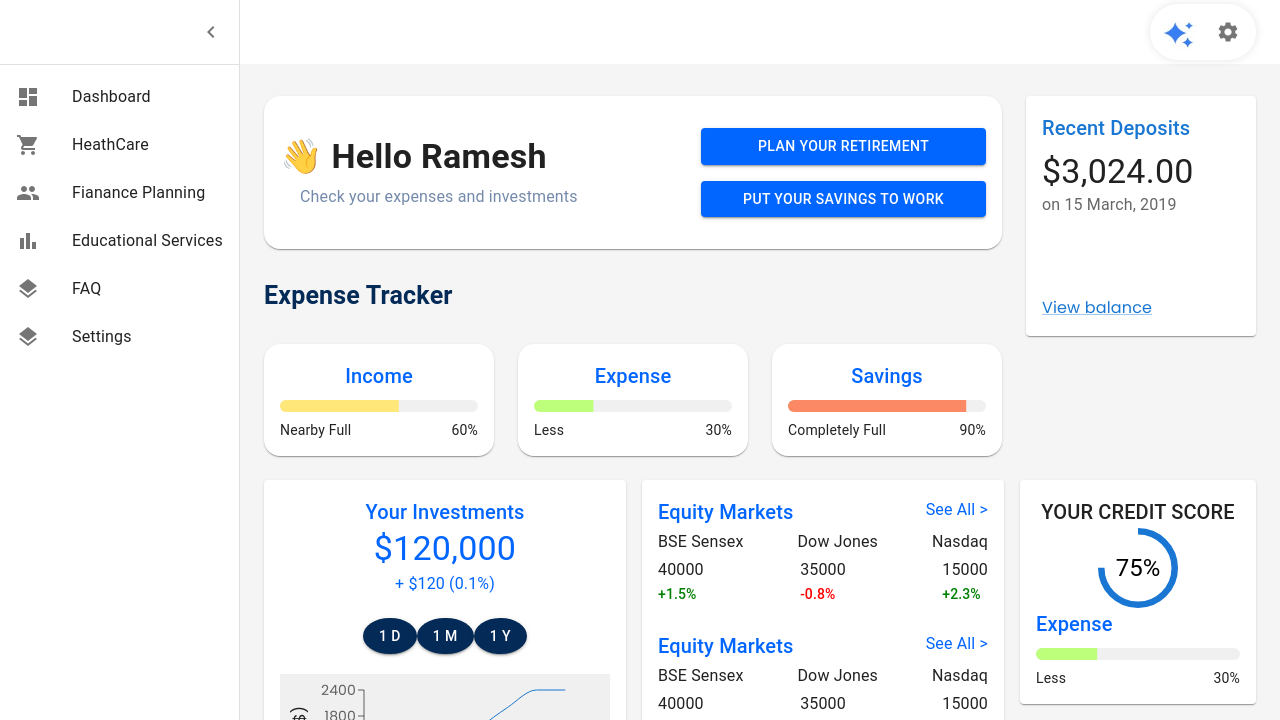
Repository: shubhampirate/TIAA_Retirement_hackathon
Page: /
These files come from the project's save history. The page is drawn as it stood at one moment and after the next save; the edit follows.
The browser window is 1280 px wide. The pictures show the whole page.
An inner scrolling area shows only its first screen. The project was rebuilt for these pictures with package versions that can differ from the ones it lists, and the page was loaded fresh each time. Also part of the build but not shown: src/Components/CustomButton.jsx, src/Components/Navbar.jsx, src/Components/Properties.jsx, src/Components/Footer.jsx, src/Components/Hero.jsx, src/pages/Sign_In.jsx.

Above is the page before, as saved 2023-11-15 12:48:26.

### src/index.css
@import url("https://fonts.googleapis.com/css2?family=Poppins:wght@400;500;700&display=swap");

* {
  margin: 0;
  padding: 0;
  box-sizing: border-box;
  font-family: "Poppins", sans-serif;
}

body {
  margin: 0;
  -webkit-font-smoothing: antialiased;
  -moz-osx-font-smoothing: grayscale;
}

code {
  font-family: source-code-pro, Menlo, Monaco, Consolas, "Courier New",
    monospace;
}

### src/App.jsx
import Hero from "./Components/Hero";
import SignIn from "./pages/Sign_In";
import Dashboard from "./Components/Dashboard";

function App() {
  return (
    <>
      {/* <Hero /> */}
      {/* <SignIn/> */}
      <Dashboard />
    </>
  );
}

export default App;

### src/Components/Dashboard.jsx
import * as React from 'react';
import { styled, createTheme, ThemeProvider } from '@mui/material/styles';
import CssBaseline from '@mui/material/CssBaseline';
import MuiDrawer from '@mui/material/Drawer';
import Box from '@mui/material/Box';
import MuiAppBar from '@mui/material/AppBar';
import Toolbar from '@mui/material/Toolbar';
import List from '@mui/material/List';
import Typography from '@mui/material/Typography';
import Divider from '@mui/material/Divider';
import IconButton from '@mui/material/IconButton';
// import Badge from '@mui/material/Badge';
import Container from '@mui/material/Container';
import Grid from '@mui/material/Grid';
import Paper from '@mui/material/Paper';
// import Link from '@mui/material/Link';
import MenuIcon from '@mui/icons-material/Menu';
import ChevronLeftIcon from '@mui/icons-material/ChevronLeft';
// import NotificationsIcon from '@mui/icons-material/Notifications';
import SettingsIcon from '@mui/icons-material/Settings';
import { mainListItems } from './listItems';
// import Chart from './Chart';
import Deposits from './Deposits';

import heroImg_3 from "../media/img_3.jpeg";
import Button from '@mui/material/Button';
import LinearProgress from '@mui/material/LinearProgress';
import YourComponent from './YourComponent';

  const Title = styled(Typography)(({ theme }) => ({
    fontSize: "25px",
    color: "#042A57",
    fontWeight: "bold",
    textAlign: "left",
    margin: theme.spacing(4, 0, 4, 0),
    [theme.breakpoints.down("sm")]: {
      fontSize: "30px",
    },
  }));
const drawerWidth = 240;

const AppBar = styled(MuiAppBar, {
  shouldForwardProp: (prop) => prop !== 'open',
})(({ theme, open }) => ({
  zIndex: theme.zIndex.drawer + 1,
  transition: theme.transitions.create(['width', 'margin'], {
    easing: theme.transitions.easing.sharp,
    duration: theme.transitions.duration.leavingScreen,
  }),
  ...(open && {
    marginLeft: drawerWidth,
    width: `calc(100% - ${drawerWidth}px)`,
    transition: theme.transitions.create(['width', 'margin'], {
      easing: theme.transitions.easing.sharp,
      duration: theme.transitions.duration.enteringScreen,
    }),
  }),
}));


const ProgressBarBox = ({ title, value }) => {
    let indicatorText = '';
    let color = '';

    if (value <= 30) {
      indicatorText = 'Less';
      color = '#BDFF7B';
    } else if (value <= 70) {
      indicatorText = 'Nearby Full';
      color = '#FFE779';
    } else {
      indicatorText = 'Completely Full';
      color = '#FC8965';
    }

    return (
      <Grid item xs={12} sm={6} md={4}>
        <Paper
          sx={{
            p: 2,
            display: 'flex',
            flexDirection: 'column',
            alignItems: 'center',
            borderRadius: '16px',
          }}
        >
          <Typography variant="h6" sx={{ mb: 1, color: "#0066FF" }}>
            {title}
          </Typography>
          <LinearProgress
          variant="determinate"
          value={value}
          sx={{
            width: '100%',
            height: '12px',
            borderRadius: '8px',
            backgroundColor: '#f0f0f0',
            marginBottom: '8px',
            '& .MuiLinearProgress-bar': {
              backgroundColor: color,
            },
          }}
        />

          <Box
          sx={{
            display: 'flex',
            justifyContent: 'space-between',
            width: '100%',

          }}
        >
          <Typography variant="body2">{indicatorText}</Typography>
          <Typography variant="body2">{value}%</Typography>
        </Box>
        </Paper>
      </Grid>
    );
  };
const Drawer = styled(MuiDrawer, { shouldForwardProp: (prop) => prop !== 'open' })(
  ({ theme, open }) => ({
    '& .MuiDrawer-paper': {
      position: 'relative',
      whiteSpace: 'nowrap',
      width: drawerWidth,
      transition: theme.transitions.create('width', {
        easing: theme.transitions.easing.sharp,
        duration: theme.transitions.duration.enteringScreen,
      }),
      boxSizing: 'border-box',
      ...(!open && {
        overflowX: 'hidden',
        transition: theme.transitions.create('width', {
          easing: theme.transitions.easing.sharp,
          duration: theme.transitions.duration.leavingScreen,
        }),
        width: theme.spacing(7),
        [theme.breakpoints.up('sm')]: {
          width: theme.spacing(9),
        },
      }),
    },
  }),
);

// TODO remove, this demo shouldn't need to reset the theme.
const defaultTheme = createTheme();

export default function Dashboard() {
  const [open, setOpen] = React.useState(true);
  const toggleDrawer = () => {
    setOpen(!open);
  };

  return (
    <ThemeProvider theme={defaultTheme}>
      <Box sx={{ display: 'flex' }}>
        <CssBaseline />
        <AppBar position="absolute" open={open} sx={{ backgroundColor: "#fff", boxShadow: 'none' }}>
  <Toolbar
    sx={{
      pr: '24px', // keep right padding when drawer closed
      display: 'flex',
      alignItems: 'center',
      justifyContent: 'space-between',
    }}
  >
    <Box sx={{ display: 'flex', alignItems: 'center' }}>
      <IconButton
        edge="start"
        aria-label="open drawer"
        onClick={toggleDrawer}
        sx={{
          marginRight: '36px',
          ...(open && { display: 'none' }),
        }}
      >
        <MenuIcon />
      </IconButton>

    </Box>

    <Box sx={{ display: 'flex', alignItems: 'center', boxShadow: '0px 0px 10px rgba(0, 0, 0, 0.1)', borderRadius: '40px', padding: '8px' }}>
  {/* User profile image */}
  <img
    src={heroImg_3}
    alt="User Profile"
    style={{ borderRadius: '50%', width: '40px', height: '40px', marginRight: '10px' }}
  />

  {/* Settings button */}
  <IconButton >

    <SettingsIcon />
  </IconButton>
</Box>
  </Toolbar>
</AppBar>

        <Drawer variant="permanent" open={open}>
          <Toolbar
            sx={{
              display: 'flex',
              alignItems: 'center',
              justifyContent: 'flex-end',
              px: [1],
            }}
          >
            <IconButton onClick={toggleDrawer}>
              <ChevronLeftIcon />
            </IconButton>
          </Toolbar>
          <Divider />
          <List component="nav">
            {mainListItems}
            {/* <Divider sx={{ my: 1 }} /> */}
            {/* {secondaryListItems} */}
          </List>
        </Drawer>
        <Box
          component="main"
          sx={{
            backgroundColor: (theme) =>
              theme.palette.mode === 'light'
                ? theme.palette.grey[100]
                : theme.palette.grey[900],
            flexGrow: 1,
            height: '100vh',
            overflow: 'auto',
          }}
        >
          <Toolbar />
          <Container maxWidth="lg" sx={{ mt: 4, mb: 4 }}>
            <Grid container spacing={3}>

            <Grid item xs={12} md={8} lg={9}>
  <Paper
    sx={{
      p: 2,
      display: 'flex',
      flexDirection: 'column',
      alignItems: 'center',
      borderRadius: '16px', // Adjust the value as needed for more or less curvature
    }}
  >
    {/* Left side content */}
    <Grid container spacing={2} alignItems="center">
      <Grid item xs={12} md={7 }>
        <Typography variant="h4" sx={{ mb: 1, fontWeight: 'bold'}}>
        👋  Hello Ramesh
        </Typography>
        <Typography variant="body1" sx={{color:"#748AAB", paddingLeft:"20px"}}>
          Check your expenses and investments
        </Typography>
      </Grid>

      {/* Right side content */}
      <Grid item xs={12} md={5} sx={{ display: 'flex', flexDirection: 'column', alignItems: 'center' }}>
        <Button variant="contained"  sx={{ width: '100%', backgroundColor: '#0066FF', color: '#fff', mb: { xs: 1, md: 2 } ,mt:{xs:0, md:2}  }}>
        Plan your retirement
        </Button>
        <Button variant="contained"  sx={{ width: '100%', backgroundColor: '#0066FF', color: '#fff', mb:{xs:1, md:2} }}>
        Put your savings to work
        </Button>
      </Grid>
    </Grid>
  </Paper>
  <Title variant="h4" sx={{color: "#042A57"}}>
             Expense Tracker
            </Title>
            <Grid container spacing={3}>
      <ProgressBarBox title="Income" value={60} />
      <ProgressBarBox title="Expense" value={30} />
      <ProgressBarBox title="Savings" value={90} />
    </Grid>
</Grid>


               {/* Recent Deposits */}
              <Grid item xs={12} md={4} lg={3}>
                <Paper
                  sx={{
                    p: 2,
                    display: 'flex',
                    flexDirection: 'column',
                    height: 240,
                  }}
                >
                  <Deposits />
                </Paper>
              </Grid>
              {/* Recent Orders */}
              <Grid item xs={12}>
                {/* <Paper sx={{ p: 2, display: 'flex', flexDirection: 'column' }}> */}
                  <YourComponent />
                {/* </Paper> */}
              </Grid>
            </Grid>

          </Container>
        </Box>
      </Box>
    </ThemeProvider>
  );
}

### src/Components/listItems.jsx
import * as React from 'react';
import ListItemButton from '@mui/material/ListItemButton';
import ListItemIcon from '@mui/material/ListItemIcon';
import ListItemText from '@mui/material/ListItemText';
import ListSubheader from '@mui/material/ListSubheader';
import DashboardIcon from '@mui/icons-material/Dashboard';
import ShoppingCartIcon from '@mui/icons-material/ShoppingCart';
import PeopleIcon from '@mui/icons-material/People';
import BarChartIcon from '@mui/icons-material/BarChart';
import LayersIcon from '@mui/icons-material/Layers';
import AssignmentIcon from '@mui/icons-material/Assignment';

export const mainListItems = (
  <React.Fragment>
    <ListItemButton>
      <ListItemIcon>
        <DashboardIcon />
      </ListItemIcon>
      <ListItemText primary="Dashboard" />
    </ListItemButton>
    <ListItemButton>
      <ListItemIcon>
        <ShoppingCartIcon />
      </ListItemIcon>
      <ListItemText primary="HeathCare" />
    </ListItemButton>
    <ListItemButton>
      <ListItemIcon>
        <PeopleIcon />
      </ListItemIcon>
      <ListItemText primary="Fianance Planning" />
    </ListItemButton>
    <ListItemButton>
      <ListItemIcon>
        <BarChartIcon />
      </ListItemIcon>
      <ListItemText primary="Educational Services" />
    </ListItemButton>
    <ListItemButton>
      <ListItemIcon>
        <LayersIcon />
      </ListItemIcon>
      <ListItemText primary="FAQ" />
    </ListItemButton>
    <ListItemButton>
      <ListItemIcon>
        <LayersIcon />
      </ListItemIcon>
      <ListItemText primary="Settings" />
    </ListItemButton>
  </React.Fragment>
);

// export const secondaryListItems = (
//   <React.Fragment>
//     <ListSubheader component="div" inset>
//       Saved reports
//     </ListSubheader>
//     <ListItemButton>
//       <ListItemIcon>
//         <AssignmentIcon />
//       </ListItemIcon>
//       <ListItemText primary="Current month" />
//     </ListItemButton>
//     <ListItemButton>
//       <ListItemIcon>
//         <AssignmentIcon />
//       </ListItemIcon>
//       <ListItemText primary="Last quarter" />
//     </ListItemButton>
//     <ListItemButton>
//       <ListItemIcon>
//         <AssignmentIcon />
//       </ListItemIcon>
//       <ListItemText primary="Year-end sale" />
//     </ListItemButton>
//   </React.Fragment>
// );

### src/Components/YourComponent.jsx
import React from 'react';
import { Box,Grid, Paper, Typography, CircularProgress, LinearProgress, Button } from '@mui/material';
import Chart from './Chart';
// import ArrowForwardIcon from '@mui/icons-material/ArrowForward';


const InvestmentsBox = () => (
  <Paper sx={{ p: 2, display: 'flex', flexDirection: 'column', alignItems: 'center', color: '#0066FF' }}>
    <Typography variant="h6">Your Investments</Typography>
    <Typography variant="h4">$120,000</Typography>
    <Typography variant="subtitle1">+ $120 (0.1%)</Typography>
    {/* Options to choose from */}
    <div style={{ display: 'flex', justifyContent: 'space-around', marginTop: '20px' }}>
      <Button
        variant="contained"
        style={{
          backgroundColor: '#042A57',
          color: '#FFF',
          borderRadius: '50%',
          minWidth: 'unset',
        }}
      >
        1 D
      </Button>
      <Button
        variant="contained"
        style={{
          backgroundColor: '#042A57',
          color: '#FFF',
          borderRadius: '50%',
          minWidth: 'unset',
        }}
      >
        1 M
      </Button>
      <Button
        variant="contained"
        style={{
          backgroundColor: '#042A57',
          color: '#FFF',
          borderRadius: '50%',
          minWidth: 'unset',
        }}
      >
        1 Y
      </Button>
    </div>
    {/* Separate column for the chart */}
    <div style={{ marginTop: '20px', width: '100%', display: 'flex', flexDirection: 'column', alignItems: 'center' }}>
      {/* Chart (replace with your actual chart component) */}
      <div style={{ width: '100%', height: '150px', backgroundColor: '#f0f0f0' }}>
        {/* Replace this div with your actual chart component */}
        <div style={{ width: '100%', height: '100%', display: 'flex', justifyContent: 'center', alignItems: 'center' }}>
          <Chart />
        </div>
      </div>
    </div>
  </Paper>
);


const EquityMarketsBox = () => {
  // Mock data for market values
  const marketData = [
    { name: 'BSE Sensex', currentPrice: 40000, increasePercentage: 1.5 },
    { name: 'Dow Jones', currentPrice: 35000, increasePercentage: -0.8 },
    { name: 'Nasdaq', currentPrice: 15000, increasePercentage: 2.3 },
  ];

  return (
    <Paper sx={{ p: 2, display: 'flex', flexDirection: 'column' }}>
  <Typography variant="h6" style={{ display: 'flex', justifyContent: 'space-between', color: '#0066FF' }}>
        Equity Markets
        <Typography variant="subtitle1" style={{ cursor: 'pointer' }}>
          See All &gt;
        </Typography>
      </Typography>
    {/* Display market names in the first line */}
    <div style={{ display: 'flex', justifyContent: 'space-between' }}>
      {marketData.map((market) => (
        <Typography key={market.name} variant="subtitle1">{market.name}</Typography>
      ))}
    </div>
    {/* Display market values in the second line */}
    <div style={{ display: 'flex', justifyContent: 'space-between' }}>
      {marketData.map((market) => (
        <div key={market.name}>
          <Typography variant="subtitle1">{market.currentPrice}</Typography>
          <Typography variant="subtitle2" style={{ color: market.increasePercentage >= 0 ? 'green' : 'red' }}>
            {market.increasePercentage >= 0 ? '+' : ''}{market.increasePercentage}%
          </Typography>
        </div>
      ))}
    </div>
 <br />
  <Typography variant="h6" style={{ display: 'flex', justifyContent: 'space-between', color: '#0066FF' }}>
        Equity Markets
        <Typography variant="subtitle1" style={{ cursor: 'pointer' }}>
          See All &gt;
        </Typography>
      </Typography>
    {/* Display market names in the first line */}
    <div style={{ display: 'flex', justifyContent: 'space-between' }}>
      {marketData.map((market) => (
        <Typography key={market.name} variant="subtitle1">{market.name}</Typography>
      ))}
    </div>
    {/* Display market values in the second line */}
    <div style={{ display: 'flex', justifyContent: 'space-between' }}>
      {marketData.map((market) => (
        <div key={market.name}>
          <Typography variant="subtitle1">{market.currentPrice}</Typography>
          <Typography variant="subtitle2" style={{ color: market.increasePercentage >= 0 ? 'green' : 'red' }}>
            {market.increasePercentage >= 0 ? '+' : ''}{market.increasePercentage}%
          </Typography>
        </div>
      ))}
    </div>

  </Paper>
);
};



// Component for the third box
  // Component for the first box
const ProgressBarBox = ({ title, value }) => {
    let indicatorText = '';
    let color = '';

    if (value <= 30) {
      indicatorText = 'Less';
      color = '#BDFF7B';
    } else if (value <= 70) {
      indicatorText = 'Nearby Full';
      color = '#FFE779';
    } else {
      indicatorText = 'Completely Full';
      color = '#FC8965';
    }

    return (
      <Grid container>
        <Typography variant="h6" sx={{ mb: 1, color: "#0066FF" }}>
          {title}
        </Typography>
        <LinearProgress
          variant="determinate"
          value={value}
          sx={{
            width: '100%',
            height: '12px',
            borderRadius: '8px',
            backgroundColor: '#f0f0f0',
            marginBottom: '8px',
            '& .MuiLinearProgress-bar': {
              backgroundColor: color,
            },
          }}
        />
        <Box
          sx={{
            display: 'flex',
            justifyContent: 'space-between',
            width: '100%',
          }}
        >
          <Typography variant="body2">{indicatorText}</Typography>
          <Typography variant="body2">{value}%</Typography>
        </Box>
      </Grid>
    );
  };

  // Component for the third box
  const CreditScoreBox = () => (
    <Paper sx={{ p: 2, display: 'flex', flexDirection: 'column', alignItems: 'center', position: 'relative' }}>
      <Typography variant="h6">YOUR CREDIT SCORE</Typography>
      {/* Circular Progress Bar */}
      <div style={{ position: 'relative', width: '80px', height: '80px' }}>
        <CircularProgress variant="determinate" value={75} size={80} />
        {/* Display the percentage in the center of the circular progress bar */}
        <Typography
          variant="h5"
          style={{
            position: 'absolute',
            top: '50%',
            left: '50%',
            transform: 'translate(-50%, -50%)',
            color: '#000', // Adjust text color as needed
          }}
        >
          75%
        </Typography>
      </div>
      {/* Include ProgressBarBox with the entire width */}
      <ProgressBarBox title="Expense" value={30} />
    </Paper>
  );

// Main component
const YourComponent = () => (
  <Grid container spacing={2} style={{ height: '100vh' }}>
  <Grid item xs={12} md={9}>
    <Grid container spacing={2}>
      <Grid item xs={12} md={6} lg={6}>
        <InvestmentsBox />
      </Grid>
      <Grid item xs={12} md={6} lg={6}>
        <EquityMarketsBox />
      </Grid>
    </Grid>
  </Grid>
  <Grid item xs={12} md={3}>
    <CreditScoreBox />
  </Grid>
</Grid>

);

export default YourComponent;

### src/Components/Chart.jsx
import * as React from 'react';
import { useTheme } from '@mui/material/styles';
import { LineChart, Line, XAxis, YAxis, Label, ResponsiveContainer } from 'recharts';
import Title from './Title';

// Generate Sales Data
function createData(time, amount) {
  return { time, amount };
}

const data = [
  createData('00:00', 0),
  createData('03:00', 300),
  createData('06:00', 600),
  createData('09:00', 800),
  createData('12:00', 1500),
  createData('15:00', 2000),
  createData('18:00', 2400),
  createData('21:00', 2400),
  createData('24:00', undefined),
];

export default function Chart() {
  const theme = useTheme();

  return (
    <React.Fragment>
      {/* <Title>Today</Title> */}
      <ResponsiveContainer>
        <LineChart
          data={data}
          margin={{
            top: 16,
            right: 16,
            bottom: 0,
            left: 24,
          }}
        >
          <XAxis
            dataKey="time"
            stroke={theme.palette.text.secondary}
            style={theme.typography.body2}
          />
          <YAxis
            stroke={theme.palette.text.secondary}
            style={theme.typography.body2}
          >
            <Label
              angle={270}
              position="left"
              style={{
                textAnchor: 'middle',
                fill: theme.palette.text.primary,
                ...theme.typography.body1,
              }}
            >
              Sales ($)
            </Label>
          </YAxis>
          <Line
            isAnimationActive={false}
            type="monotone"
            dataKey="amount"
            stroke={theme.palette.primary.main}
            dot={false}
          />
        </LineChart>
      </ResponsiveContainer>
    </React.Fragment>
  );
}

Loaded but not shown: public/index.html (common file); src/index.js (common file); src/Components/Deposits.jsx (common file); src/Components/Title.jsx (common file)

After the next save:
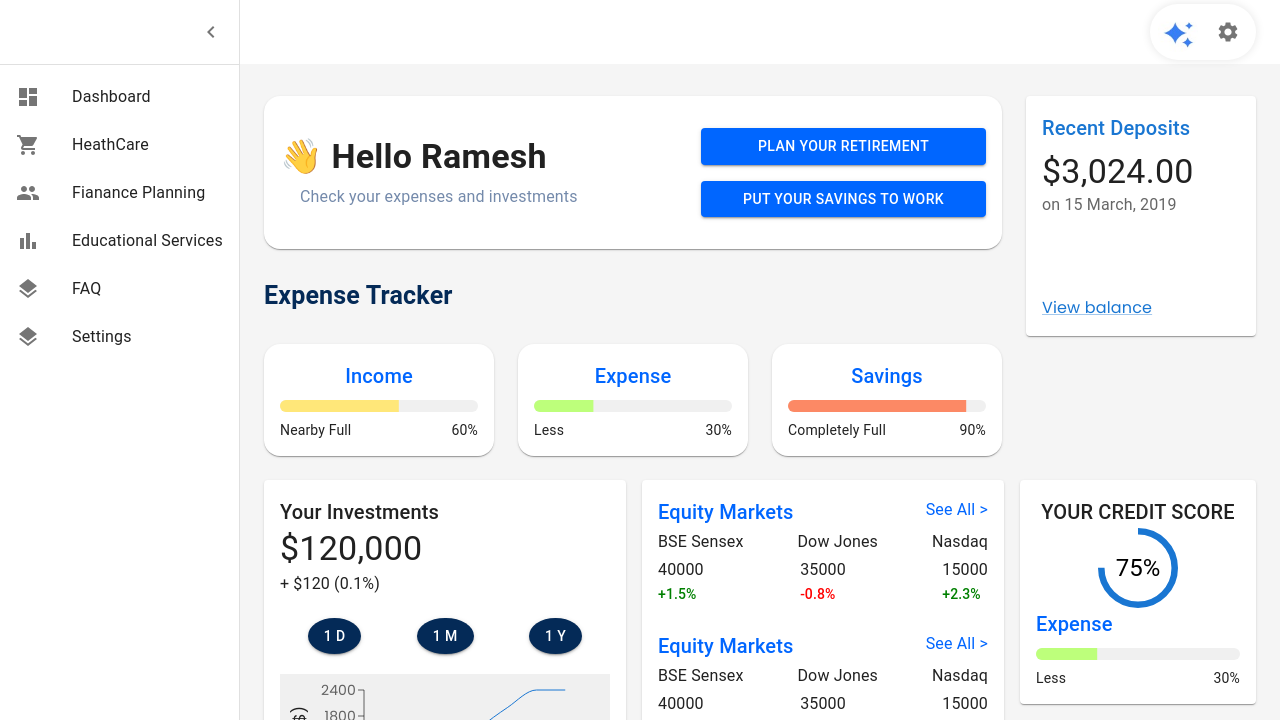
Saved 88 s later.
--- a/src/Components/YourComponent.jsx
+++ b/src/Components/YourComponent.jsx
@@ -5,7 +5,7 @@ import Chart from './Chart';
 
 
 const InvestmentsBox = () => (
-  <Paper sx={{ p: 2, display: 'flex', flexDirection: 'column', alignItems: 'center', color: '#0066FF' }}>
+  <Paper sx={{ p: 2, display: 'flex', flexDirection: 'column', alignItems: 'centlefter' }}>
     <Typography variant="h6">Your Investments</Typography>
     <Typography variant="h4">$120,000</Typography>
     <Typography variant="subtitle1">+ $120 (0.1%)</Typography>
